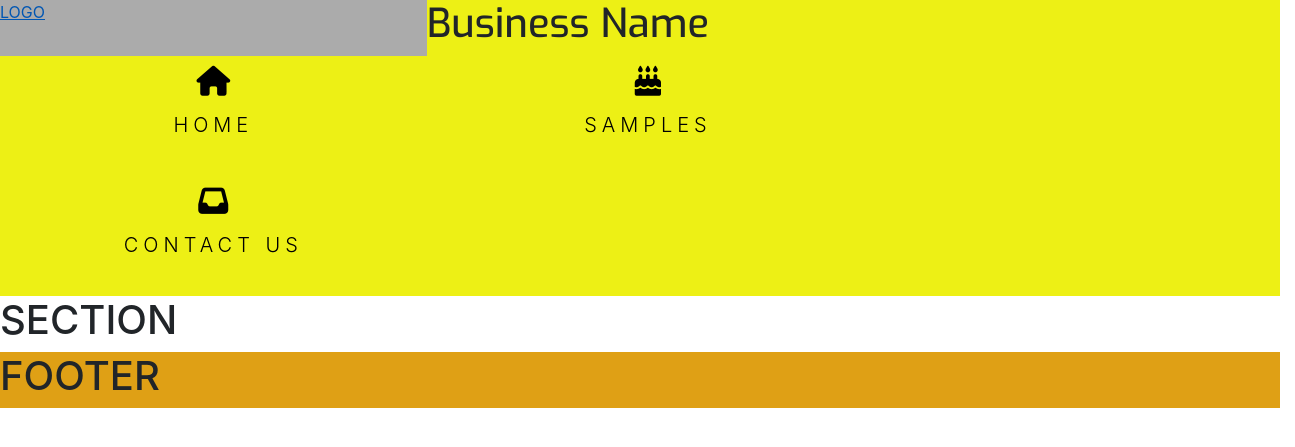
Repository: seanjcarley/Milestone1
Page: index.html
The author's editor kept a record of every edit. The page is drawn from the files as they stood at one moment, then again after the next edit.
The browser window is 1280 px wide. The page is 1295 px wide, so the pictures cover 1295 px, including what lies to the right of the window. The pictures show the whole page.
Some web libraries are served in a nearby version.

Above is the page before.

After the next edit:
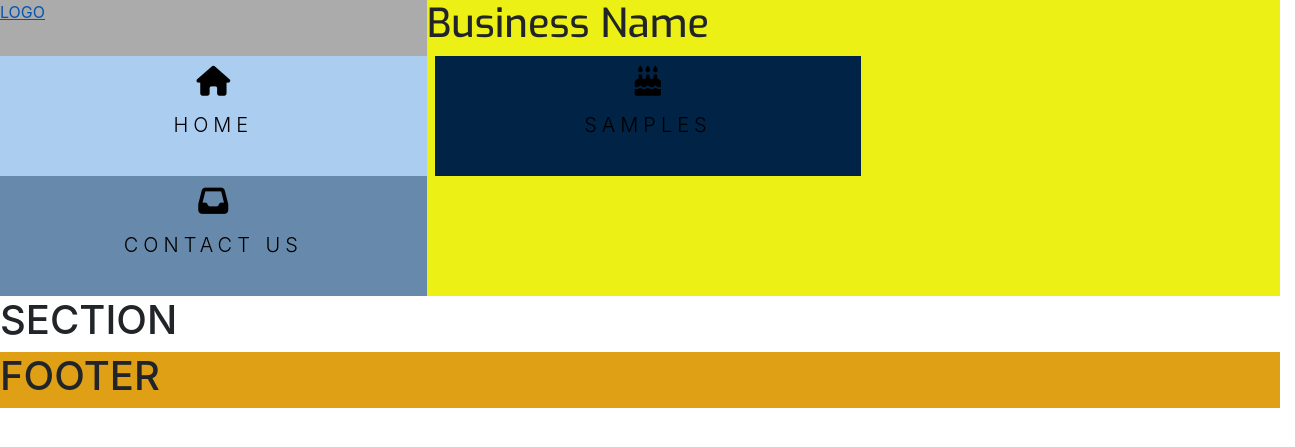
The edit:
--- a/css/style.css
+++ b/css/style.css
@@ -4,7 +4,17 @@
 /* Colours */
 /*----------------------------------------------------------------------------*/
 
+.menu-item-color-home {
+    background-color: #abcdef;
+}
 
+.menu-item-color-samples {
+    background-color: #012345;
+}
+
+.menu-item-color-contact {
+    background-color: #6789ab;
+}
 
 /*----------------------------------------------------------------------------*/
 /* Header */
